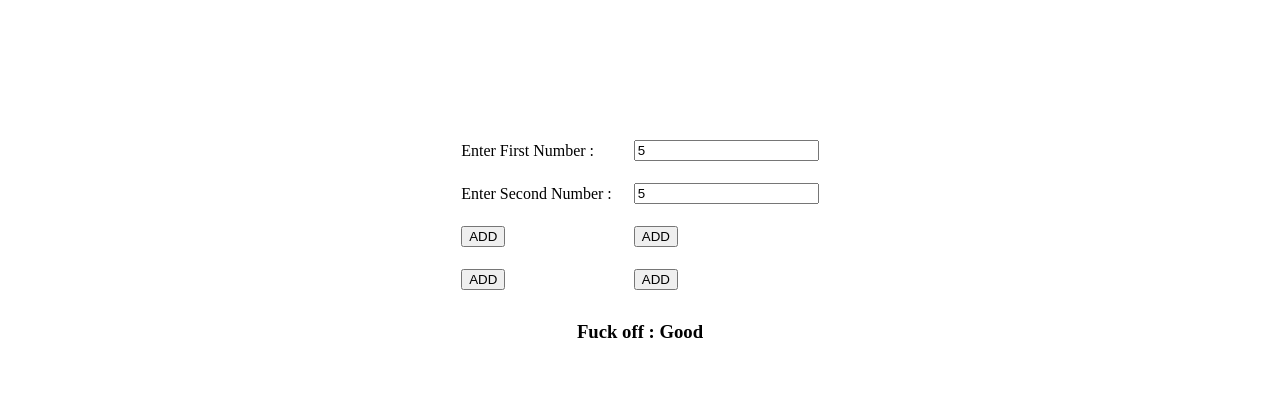
Repository: gajanansp07/Advance_Java_Practice
Page: Webapp/src/main/webapp/Calc.html
These files come from the project's save history. The page is drawn as it stood at one moment and after the next save; the edit follows.
The browser window is 1280 px wide. The pictures show the whole page.
Empty fields were first filled with sample values (such as "Sample", 5 or name@example.com).
After loading, the first visible `input[onclick="add()"]` was clicked once.

Above is the page before, as saved 2022-03-13 07:49:25.

### Webapp/src/main/webapp/Calc.html
<!DOCTYPE html>
<html>
<head>
<meta charset="ISO-8859-1">
<title>Insert title here</title>

<style>
   body{
   		    margin-top: 10%;
   }
	td{
		padding: 10px;
}
table{
		text-align: -webkit-center;
}
</style>
<script type="text/javascript">
function add() {
	  const fvl = document.getElementById('fn').value;
	 const svl = document.getElementById('sn').value;
	  alert("Food");
	 let output = document.getElementById('output');
	 output.innerHTML = " <h3>Fuck off : Good </h3> ";
	}
</script>

</head>
<body>
<form>
	<table align="center">
		<tr>
			<td>Enter First Number : </td>
			<td><input type="number" name="fn" id="fn" /></td>
		</tr>
		<tr>
			<td>Enter Second Number : </td>
			<td><input type="number" name="sn" id="sn" /></td>
		</tr>
		<tr>
			<td> <input type="button" onClick="add()" value="ADD" > </td>
			<td> <input type="button" onClick="add()" value="ADD" > </td>
		</tr>
		<tr>
			<td> <input type="button" onClick="add()" value="ADD" > </td>
			<td> <input type="button" onClick="add()" value="ADD" > </td>
		</tr>
	</table>
	<div id="output" align="center"><h3>Out Put is : </h3> </div>
</form>

</body>
</html>

After the next save:
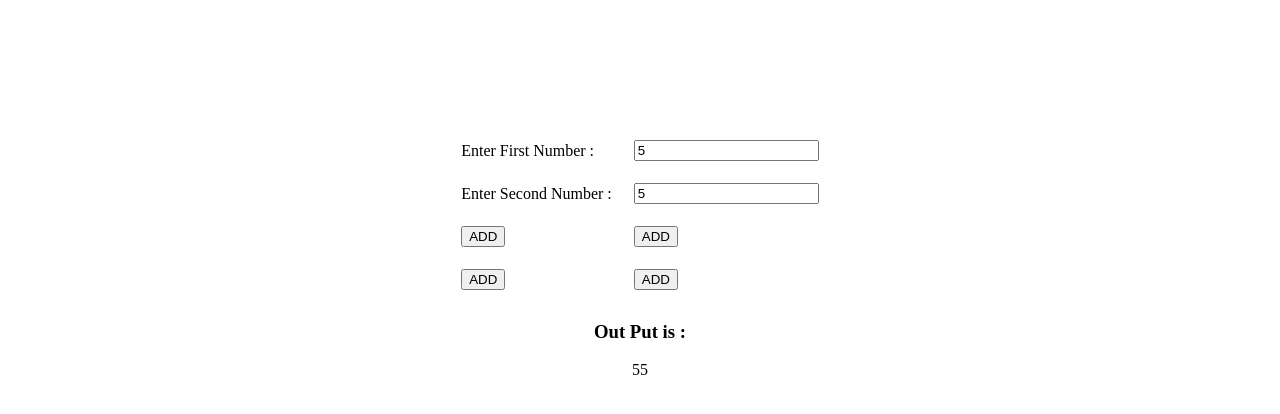
Saved 31 s later.
--- a/Webapp/src/main/webapp/Calc.html
+++ b/Webapp/src/main/webapp/Calc.html
@@ -19,9 +19,9 @@ table{
 function add() {
 	  const fvl = document.getElementById('fn').value;
 	 const svl = document.getElementById('sn').value;
-	  alert("Food");
+
 	 let output = document.getElementById('output');
-	 output.innerHTML = " <h3>Fuck off : Good </h3> ";
+	 output.innerHTML += fvl+svl;
 	}
 </script>
 
